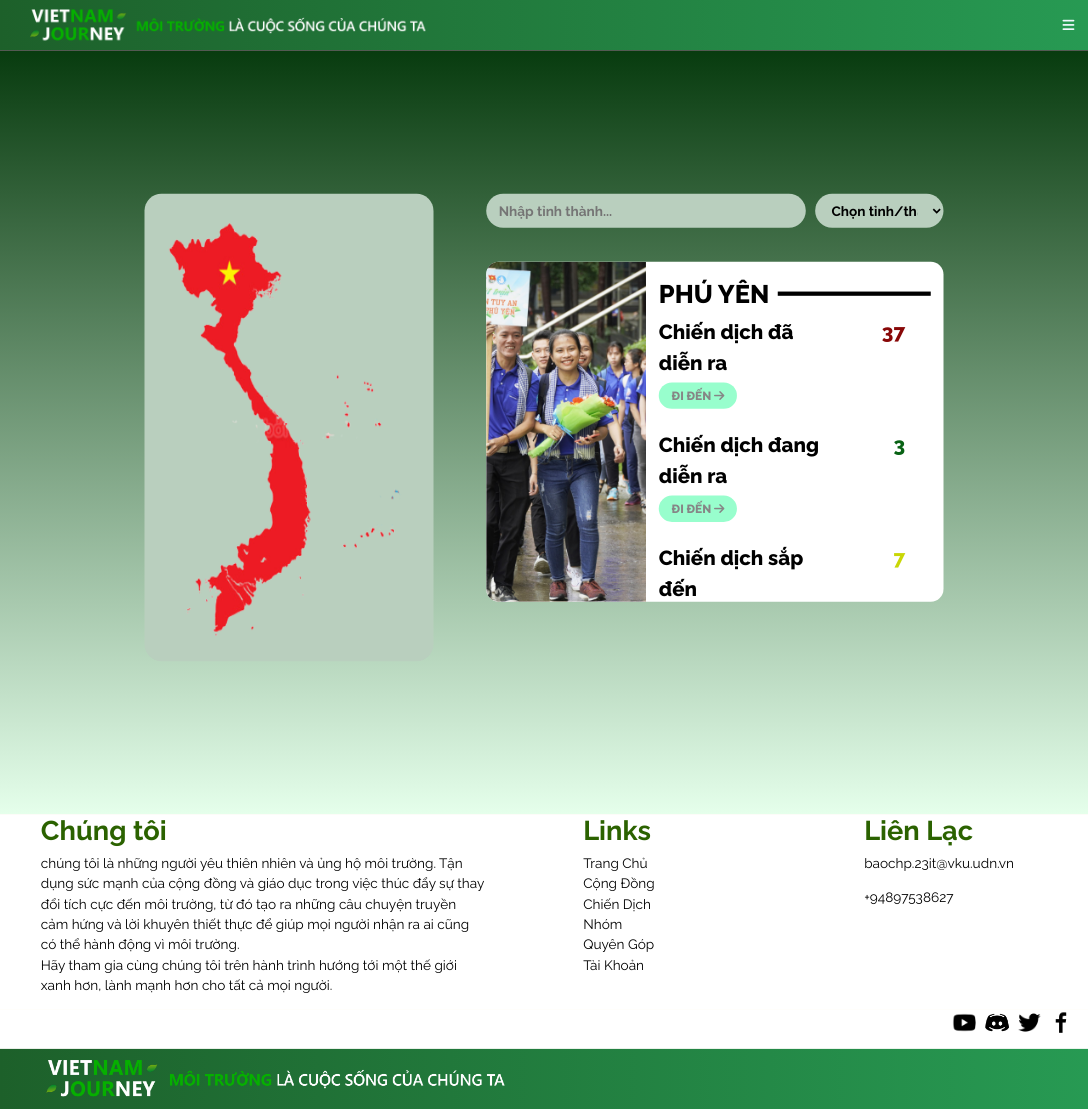
Repository: Boima12/Boima12.github.io_VietnamJourney
Page: HTML/ChienDich/ChienDich.html
The author's editor kept a copy of each file at every save. The page is drawn from the files as they stood at one save, then again after the next save.
The browser window is 1280 px wide. The pictures show the whole page, at 85% of full size.

Above is the page before, as saved 2024-05-25 08:31:27.

After the next save:
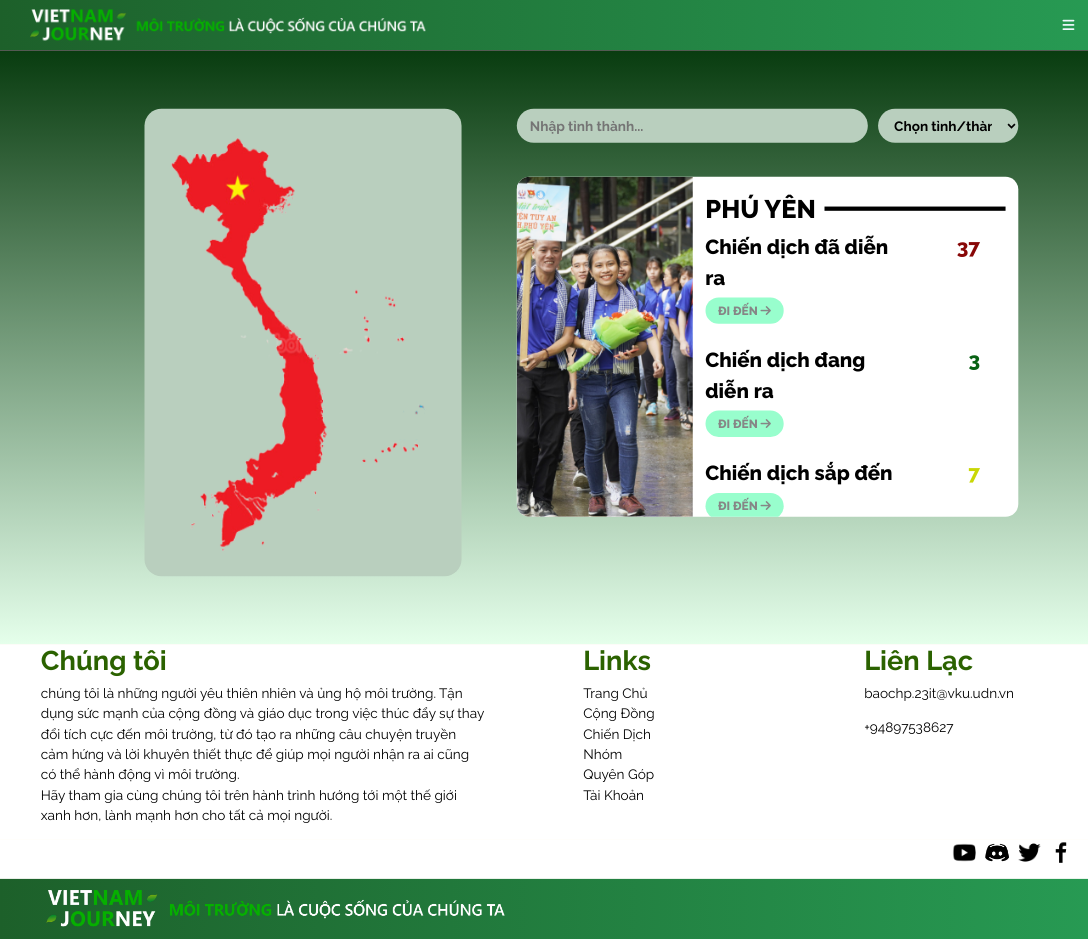
Saved 14 s later.
--- a/HTML/ChienDich/ChienDich.css
+++ b/HTML/ChienDich/ChienDich.css
@@ -23,7 +23,7 @@ body {
 }
 
 .container {
-    padding: 100px;
+    padding-left: 100px;
 }
 
 /*BASE*/
